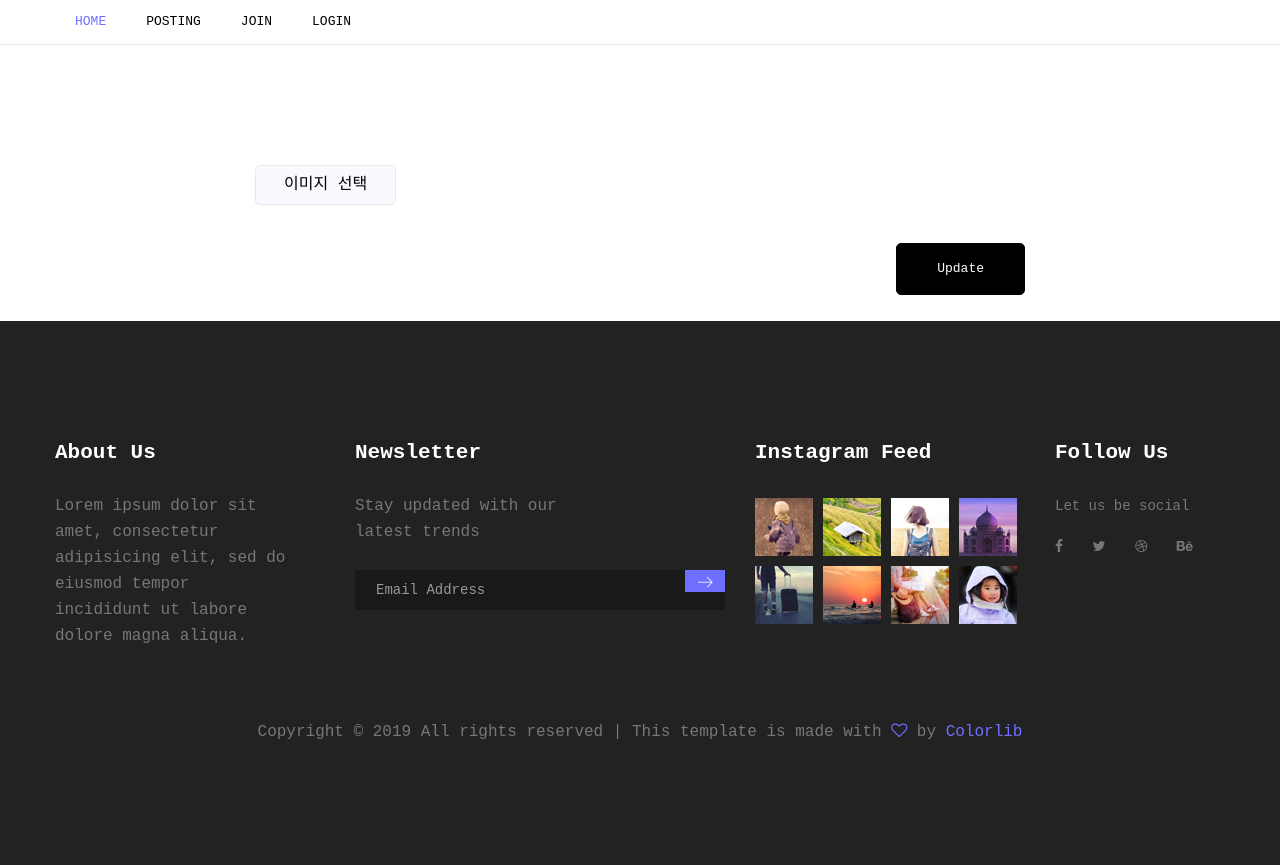
Repository: juneyj114/jspblog
Page: http://localhost/blog/user/userProfileForm.jsp
These files come from the project's save history. The page is drawn as it stood at one moment and after the next save; the edit follows.
The browser window is 1280 px wide. The pictures show the whole page.
Some web fonts or font styles are not loaded; a fallback is used. The page is served by Tomcat 9. Other server files are loaded and not shown.

Above is the page before, as saved 2019-11-13 06:06:13.

### blog/WebContent/user/userProfileForm.jsp
<%@ page language="java" contentType="text/html; charset=UTF-8" pageEncoding="UTF-8"%>
<html>
<%@ include file="/include/nav.jsp"%>

<!--================Contact Area =================-->
<section class="contact_area">
	<div class="container">
		<div class="row">
			<div class="col-lg-2"></div>
			<div class="col-lg-8">
				<div id="imageContainer">
					<form class="row contact_form" action="/blog/user?cmd=profile" method="post" enctype="multipart/form-data">
						<input type="text" name="username" value="${sessionScope.user.username }" hidden />
						<div class="col-md-12">
							<div class="form-group">
								<label for="img__input" class="blog_btn" style="margin-top: 20px;">이미지 선택</label> <input type="file" id="img__input" class="form-control" name="userProfile" hidden readonly>
							</div>
						</div>
						<div class="col-md-12 text-right">
							<button type="submit" value="submit" class="btn submit_btn">Update</button>
						</div>
					</form>
				</div>
			</div>
			<div class="col-lg-2"></div>
		</div>
	</div>
</section>
<!--================Contact Area =================-->
<script>
      const imagePath = document.querySelector("#img__input");
      imagePath.addEventListener("change", event => {
        const f = event.target.files[0];
        const reader = new FileReader();
        reader.onload = e => {
          const {
            target: { result }
          } = e;
          console.log(result.length);
          const imageContainer = document.querySelector("#ImageContainer");
          const image = document.createElement("IMG");
          image.setAttribute("src", result);
          imageContainer.prepend(image);
        };
        reader.readAsDataURL(f);
      });
    </script>
<%@ include file="/include/footer.jsp"%>
</html>

### blog/WebContent/include/nav.jsp
<%@ page language="java" contentType="text/html; charset=UTF-8" pageEncoding="UTF-8"%>
<%@ taglib prefix="c" uri="http://java.sun.com/jsp/jstl/core"%>
<html>
<head>
<!-- Required meta tags -->
<meta charset="utf-8">
<meta name="viewport" content="width=device-width, initial-scale=1, shrink-to-fit=no">
<link rel="icon" href="/blog/img/favicon.png" type="image/png">
<title>Juney's Blog</title>
<!-- Bootstrap CSS -->
<link rel="stylesheet" href="/blog/css/bootstrap.css">
<link rel="stylesheet" href="/blog/vendors/linericon/style.css">
<link rel="stylesheet" href="/blog/css/font-awesome.min.css">
<link rel="stylesheet" href="/blog/vendors/owl-carousel/owl.carousel.min.css">
<link rel="stylesheet" href="/blog/vendors/lightbox/simpleLightbox.css">
<link rel="stylesheet" href="/blog/vendors/nice-select/css/nice-select.css">
<link rel="stylesheet" href="/blog/vendors/animate-css/animate.css">
<link rel="stylesheet" href="/blog/vendors/jquery-ui/jquery-ui.css">
<!-- main css -->
<link rel="stylesheet" href="/blog/css/style.css">
<link rel="stylesheet" href="/blog/css/responsive.css">

</head>

<body>
	<!--================Header Menu Area =================-->
	<header class="header_area">
		<div class="main_menu">
			<nav class="navbar navbar-expand-lg navbar-light">
				<div class="container box_1620">
					<!-- Brand and toggle get grouped for better mobile display -->
					<a class="navbar-brand logo_h" href="#"><img src="/blog/img/logo.png" alt=""></a>
					<button class="navbar-toggler" type="button" data-toggle="collapse" data-target="#navbarSupportedContent" aria-controls="navbarSupportedContent" aria-expanded="false"
						aria-label="Toggle navigation">
						<span class="icon-bar"></span> <span class="icon-bar"></span> <span class="icon-bar"></span>
					</button>
					<!-- Collect the nav links, forms, and other content for toggling -->
					<div class="collapse navbar-collapse offset" id="navbarSupportedContent">
						<ul class="nav navbar-nav menu_nav" id="mainUl">
							<li class="nav-item active"><a class="nav-link" href="/blog/index.jsp">Home</a></li>
							<li class="nav-item"><a class="nav-link" href="/blog/board/write.jsp">Posting</a></li>
							<%-- <li class="nav-item"><a class="nav-link" href="/blog/user/join.jsp">Join</a></li> --%>

							<%-- <c:choose>
								<c:when test="${empty sessionScope.username}">
									<li class="nav-item">
										<a class="nav-link" href="/blog/user/login.jsp">Login</a>
									</li>
								</c:when>
								<c:otherwise>
									<li class="nav-item">
										<a class="nav-link" href="/blog/user?cmd=logout">Logout</a>
									</li>
								</c:otherwise>
							</c:choose> --%>

						</ul>
						<ul class="nav navbar-nav navbar-right header_social ml-auto">
							<c:choose>
								<c:when test="${empty sessionScope.user}"></c:when>
								<c:otherwise>
								<a href="/blog/user/userProfileForm.jsp"><img src="${sessionScope.user.userProfile}" style="height: 40px; border-radius: 100%; width: 40px;" /></a>
								</c:otherwise>

							</c:choose>
						</ul>
					</div>
				</div>
			</nav>
			<script>
				const mainUl = document.querySelector("#mainUl");
				const id = "<c:out value='${sessionScope.user}'/>";
				const li1 = document.createElement("li");
				const a1 = document.createElement("a");
				const li2 = document.createElement("li");
				const a2 = document.createElement("a");
				console.log(id);
				if (id === null || id === "") {
					a1.innerText = "Join";
					a1.href = "/blog/user/join.jsp";
					a2.innerText = "Login";
					a2.href = "/blog/user/login.jsp";
				} else {
					a1.innerText = "Profile";
					a1.href = "/blog/user/update.jsp";
					a2.innerText = "Logout";
					a2.href = "/blog/user?cmd=logout";
				}
				a1.classList.add("nav-link");
				li1.classList.add("nav-item");
				li1.appendChild(a1);
				mainUl.appendChild(li1);
				a2.classList.add("nav-link");
				li2.classList.add("nav-item");
				li2.appendChild(a2);
				mainUl.appendChild(li2);
			</script>

		</div>
	</header>

</body>
</html>

### blog/WebContent/include/footer.jsp
<%@ page language="java" contentType="text/html; charset=UTF-8" pageEncoding="UTF-8"%>

<html>
<body>
<!--================ start footer Area  =================-->
	<footer class="footer-area p_120" style="margin-top:10px">
		<div class="container">
			<div class="row">
				<div class="col-lg-3  col-md-6 col-sm-6">
					<div class="single-footer-widget">
						<h6 class="footer_title">About Us</h6>
						<p>Lorem ipsum dolor sit amet, consectetur adipisicing elit, sed do eiusmod tempor incididunt ut labore dolore magna aliqua.</p>
					</div>
				</div>
				<div class="col-lg-4 col-md-6 col-sm-6">
					<div class="single-footer-widget">
						<h6 class="footer_title">Newsletter</h6>
						<p>Stay updated with our latest trends</p>
						<div id="mc_embed_signup">
							<form target="_blank" action="https://spondonit.us12.list-manage.com/subscribe/post?u=1462626880ade1ac87bd9c93a&amp;id=92a4423d01" method="get" class="subscribe_form relative">
								<div class="input-group d-flex flex-row">
									<input name="EMAIL" placeholder="Email Address" onfocus="this.placeholder = ''" onblur="this.placeholder = 'Email Address '" required="" type="email">
									<button class="btn sub-btn">
										<span class="lnr lnr-arrow-right"></span>
									</button>
								</div>
								<div class="mt-10 info"></div>
							</form>
						</div>
					</div>
				</div>
				<div class="col-lg-3 col-md-6 col-sm-6">
					<div class="single-footer-widget instafeed">
						<h6 class="footer_title">Instagram Feed</h6>
						<ul class="list instafeed d-flex flex-wrap">
							<li><img src="/blog/img/instagram/Image-01.jpg" alt=""></li>
							<li><img src="/blog/img/instagram/Image-02.jpg" alt=""></li>
							<li><img src="/blog/img/instagram/Image-03.jpg" alt=""></li>
							<li><img src="/blog/img/instagram/Image-04.jpg" alt=""></li>
							<li><img src="/blog/img/instagram/Image-05.jpg" alt=""></li>
							<li><img src="/blog/img/instagram/Image-06.jpg" alt=""></li>
							<li><img src="/blog/img/instagram/Image-07.jpg" alt=""></li>
							<li><img src="/blog/img/instagram/Image-08.jpg" alt=""></li>
						</ul>
					</div>
				</div>
				<div class="col-lg-2 col-md-6 col-sm-6">
					<div class="single-footer-widget f_social_wd">
						<h6 class="footer_title">Follow Us</h6>
						<p>Let us be social</p>
						<div class="f_social">
							<a href="#"><i class="fa fa-facebook"></i></a> <a href="#"><i class="fa fa-twitter"></i></a> <a href="#"><i class="fa fa-dribbble"></i></a> <a href="#"><i class="fa fa-behance"></i></a>
						</div>
					</div>
				</div>
			</div>
			<div class="row footer-bottom d-flex justify-content-between align-items-center">
				<p class="col-lg-12 footer-text text-center">
					<!-- Link back to Colorlib can't be removed. Template is licensed under CC BY 3.0. -->
					Copyright &copy;
					<script>
						document.write(new Date().getFullYear());
					</script>
					All rights reserved | This template is made with <i class="fa fa-heart-o" aria-hidden="true"></i> by <a href="https://colorlib.com" target="_blank">Colorlib</a>
					<!-- Link back to Colorlib can't be removed. Template is licensed under CC BY 3.0. -->
				</p>
			</div>
		</div>
	</footer>

<!--================ End footer Area  =================-->

<!-- Optional JavaScript -->
<!-- jQuery first, then Popper.js, then Bootstrap JS -->
<script src="/blog/js/jquery-3.2.1.min.js"></script>
<script src="/blog/js/popper.js"></script>
<script src="/blog/js/bootstrap.min.js"></script>
<script src="/blog/js/stellar.js"></script>
<script src="/blog/vendors/lightbox/simpleLightbox.min.js"></script>
<script src="/blog/vendors/nice-select/js/jquery.nice-select.min.js"></script>
<script src="/blog/vendors/isotope/imagesloaded.pkgd.min.js"></script>
<script src="/blog/vendors/isotope/isotope-min.js"></script>
<script src="/blog/vendors/owl-carousel/owl.carousel.min.js"></script>
<script src="/blog/vendors/jquery-ui/jquery-ui.js"></script>
<script src="/blog/js/jquery.ajaxchimp.min.js"></script>
<script src="/blog/js/mail-script.js"></script>
<script src="/blog/js/theme.js"></script>
</body>
</html>

### blog/WebContent/css/responsive.css
@media (max-width:1619px){
	/* Main Menu Area css
	============================================================================================ */
   .header_area .navbar .search {
		margin-left: 40px;
	}
	/* End Main Menu Area css
	============================================================================================ */
	.home_banner_area .blog_text_slider .owl-prev, .home_banner_area .blog_text_slider .owl-next {
		right: 0px;
		font-size: 30px;
	}
}
@media (max-width:1199px){
	/* Main Menu Area css
	============================================================================================ */
	.header_area + section, .header_area + div {
		margin-top: 143px;
	}
	.top_menu .container{
		display: block;
	}
	/* End Main Menu Area css
	============================================================================================ */
	/* Home Banner Area css
	============================================================================================ */
	.home_banner_area {
		min-height: 700px;
	}
	/* End Home Banner Area css
	============================================================================================ */
	.home_banner_area {
		background-size: cover;
	}
	.blog_text {
		padding: 65px 65px 65px 65px;
	}
	.banner_area {
		background-size: cover;
	}
	.blog_style1 .blog_text {
		padding-left: 15px;
		padding-right: 15px;
		padding-top: 0px;
		padding-bottom: 0px;
	}
}

@media (max-width:991px){
	/* Main Menu Area css
	============================================================================================ */
	.logo_part {
		display: none;
	}
    .navbar-toggler {
        border: none;
        border-radius: 0px;
        padding: 0px;
        cursor: pointer;
        margin-top: 27px;
        margin-bottom: 23px;
		float: right;
    }
	.header_area .navbar {
		background: #fff;
	}
    .navbar-toggler[aria-expanded="false"] span:nth-child(2) {
		opacity: 1;
	}
	.navbar-toggler[aria-expanded="true"] span:nth-child(2) {
		opacity: 0;
	}
	.navbar-toggler[aria-expanded="true"] span:first-child {
		transform: rotate(-45deg);
		position: relative;
		top: 7.5px;
	}
	.navbar-toggler[aria-expanded="true"] span:last-child {
		transform: rotate(45deg);
		bottom: 6px;
		position: relative;
	}
	.navbar-toggler span{
		display: block;
		width: 25px;
		height: 3px;
		background: #000;
		margin: auto;
		margin-bottom: 4px;
		transition: all 400ms linear;
		cursor: pointer;
	}
    .navbar .container{
        padding-left: 15px;
        padding-right: 15px;
    }
    .nav{
        padding: 0px 0px;
    }
	.header_area + section, .header_area + row, .header_area + div {
		margin-top: 117px;
	}
    .header_top .nav{
        padding: 0px;
    }
    .header_area .navbar .nav .nav-item .nav-link{
        line-height: 40px;
        margin-right: 0px;
        display: block;
		border-bottom: 1px solid #ededed33;
		border-radius: 0px;
    }
    .header_area .navbar .search{
        margin-left: 0px;
    }
	.header_area .navbar-collapse{
		max-height: 340px;
		overflow-y: scroll;
	}
	.header_area .navbar .nav .nav-item.submenu ul .nav-item .nav-link {
		padding: 0px 15px;
	}
	.header_area .navbar .nav .nav-item {
		margin-right: 0px;
	}
	.header_area + section, .header_area + row, .header_area + div {
		margin-top: 71px;
	}
	.main_menu .navbar .container_inner {
		display: block;
	}
	.main_menu .navbar .navbar-brand {
		display: inline-block;
		padding-top: 11px;
		width: 173px;
	}
	.main_menu .navbar .navbar-brand img {
		width: 100%;
	}
	/* End Main Menu Area css
	============================================================================================ */

	/* Contact Page Area css
	============================================================================================ */
	.contact_info{
		margin-bottom: 50px;
	}
	/* End Contact page Area css
	============================================================================================ */
	.home_banner_area .donation_inner{
		margin-bottom: -30px;
	}
	.single-footer-widget{
		margin-bottom: 30px;
	}
	.footer-area .row{
		margin-bottom: -30px;
	}
	/* Footer Area css
	============================================================================================ */
	/* End End Footer Area css
	============================================================================================ */
	.home_banner_area {
		background-size: cover;
		margin-bottom: 0px;
	}
	/* Extra header Area css
	============================================================================================ */
	/* End Extra header Area css
	============================================================================================ */

	.nav.navbar-nav.navbar-right.header_social{
		display: none;
	}

}
@media (max-width:767px){
	.home_banner_area {
		min-height: 500px;
	}
	.home_banner_area .banner_inner {
		min-height: 500px;
	}
	.home_banner_area .banner_inner .banner_content {
		margin-top: 0px;
	}
	/* Blog Page Area css
	============================================================================================ */
    .blog_banner .banner_inner .blog_b_text h2 {
		font-size: 40px;
		line-height: 50px;
	}
	.blog_info.text-right{
		text-align: left !important;
		margin-bottom: 10px;
	}
	/* End Blog Page Area css
	============================================================================================ */
	.home_banner_area .banner_inner .banner_content h3 {
		font-size: 30px;
	}
	.home_banner_area .banner_inner .banner_content p br {
		display: none;
	}
	/* Footer Area css
	============================================================================================ */
	.footer-bottom .footer-text{
		text-align: center;
	}
	.footer-bottom .footer-social {
		text-align: center;
		margin-bottom: 20px;
	}
	/* End End Footer Area css
	============================================================================================ */
	.blog_style1.small .blog_img img{
		width: 100%;
	}
}
@media (max-width:575px){

	.header_area + section, .header_area + row, .header_area + div {
		margin-top: 71px;
	}
	.top_menu {
		display: none;
	}

    /* Home Banner Area css
	============================================================================================ */
	.home_banner_area .banner_inner .banner_content h2 {
		font-size: 28px;
	}
	.home_banner_area {
		min-height: 500px;
	}
	.home_banner_area .banner_inner {
		min-height: 500px;
	}
	.blog_banner .banner_inner .blog_b_text {
		margin-top: 0px;
	}
	.home_banner_area .banner_inner .banner_content img{
		display: none;
	}
	.home_banner_area .banner_inner .banner_content h5 {
		margin-top: 0px;
	}
	.home_banner_area .banner_inner .banner_content .date a {
		margin-right: 8px;
	}
	/* End Home Banner Area css
	============================================================================================ */
	.p_120 {
		padding-top: 70px;
		padding-bottom: 70px;
	}
	.main_title h2 {
		font-size: 25px;
	}
	/* Elements Area css
	============================================================================================ */
	.sample-text-area {
		padding: 70px 0 70px 0;
	}
	/* End Elements Area css
	============================================================================================ */

	/* Blog Page Area css
	============================================================================================ */
	.blog_details h2 {
		font-size: 20px;
		line-height: 30px;
	}
	.blog_banner .banner_inner .blog_b_text h2 {
		font-size: 28px;
		line-height: 38px;
	}
	.banner_area .banner_inner .banner_content {
		margin-top: 0px;
	}
	/* End Blog Page Area css
	============================================================================================ */
	/* Footer Area css
	============================================================================================ */
	/* End End Footer Area css
	============================================================================================ */
	.pad_top {
		padding-top: 70px;
	}
	.mt-100 {
		margin-top: 50px;
	}
	.single-footer-widget p {
		max-width: 100%;
	}
	.p_100 {
		padding-top: 70px;
		padding-bottom: 70px;
	}
	.blog_style1 .blog_text .blog_text_inner {
		margin-top: 0px;
	}
	.blog_style1 .blog_text {
		padding-left: 0px;
		padding-right: 0px;
		padding-top: 0px;
		padding-bottom: 0px;
	}
	.blog_text .cat a {
		margin-right: 5px;
	}
	.blog_text .cat .cat_btn {
		display: block;
		width: 86px;
		margin-bottom: 10px;
	}
}

@media (max-width:480px){
	/* Main Menu Area css
	============================================================================================ */
	.header_area .navbar-collapse{
		max-height: 250px;
	}
	/* End Main Menu Area css
	============================================================================================ */

	/* Home Banner Area css
	============================================================================================ */
    .home_banner_area .banner_inner .banner_content {
		padding: 30px 15px;
		margin-top: 0px;
	}
	.banner_content .white_btn {
		display: block;
	}
	.home_banner_area .banner_inner .banner_content h3 {
		font-size: 24px;
	}
	.home_banner_area .carousel .carousel-indicators {
		bottom: -50px;
		z-index: 20;
	}
	/* End Home Banner Area css
	============================================================================================ */
	.banner_area .banner_inner .banner_content h2 {
		font-size: 32px;
	}
	/* Blog Page Area css
	============================================================================================ */
	.comments-area .thumb {
		margin-right: 10px;
	}

	/* End Blog Page Area css
	============================================================================================ */
	.home_banner_area .blog_text_slider .owl-prev {
		top: auto;
		bottom: 110px;
		transform: translateY(-0%);
		left: 10px;
	}
	.home_banner_area .blog_text_slider .owl-next {
		top: auto;
		bottom: 110px;
		right: 10px;
		transform: translateY(-0%);
	}
	.blog_text {
		padding: 60px 20px;
	}
}

Loaded but not shown: blog/WebContent/css/bootstrap.css (library); blog/WebContent/vendors/linericon/style.css (library); blog/WebContent/css/font-awesome.min.css (library); blog/WebContent/vendors/owl-carousel/owl.carousel.min.css (common file); blog/WebContent/vendors/lightbox/simpleLightbox.css (library); blog/WebContent/vendors/nice-select/css/nice-select.css (library); blog/WebContent/vendors/animate-css/animate.css (library); blog/WebContent/vendors/jquery-ui/jquery-ui.css (library); blog/WebContent/js/jquery-3.2.1.min.js (library); blog/WebContent/js/popper.js (library); blog/WebContent/js/bootstrap.min.js (library); blog/WebContent/js/stellar.js (library); blog/WebContent/vendors/lightbox/simpleLightbox.min.js (library); blog/WebContent/vendors/nice-select/js/jquery.nice-select.min.js (common file); blog/WebContent/vendors/isotope/imagesloaded.pkgd.min.js (library); blog/WebContent/vendors/isotope/isotope-min.js (library); blog/WebContent/vendors/owl-carousel/owl.carousel.min.js (library); blog/WebContent/vendors/jquery-ui/jquery-ui.js (library); blog/WebContent/js/jquery.ajaxchimp.min.js (library); blog/WebContent/js/theme.js (283 lines, source omitted); blog/WebContent/js/mail-script.js (31 lines, source omitted); blog/WebContent/css/style.css (3904 lines, source omitted)

After the next save:
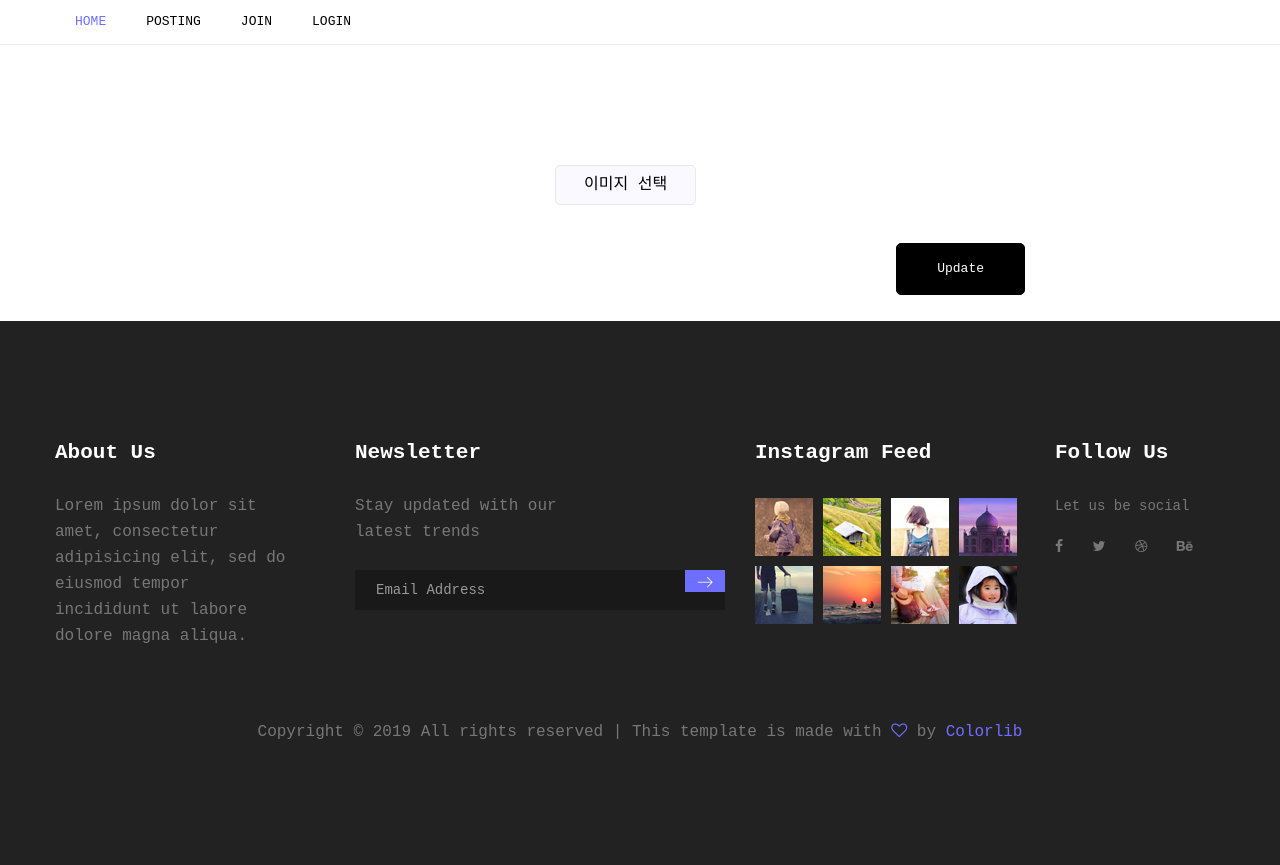
Saved 102 s later.
--- a/blog/WebContent/user/userProfileForm.jsp
+++ b/blog/WebContent/user/userProfileForm.jsp
@@ -8,7 +8,7 @@
 		<div class="row">
 			<div class="col-lg-2"></div>
 			<div class="col-lg-8">
-				<div id="imageContainer">
+				<div id="imageContainer" style="margin-left:300px;">
 					<form class="row contact_form" action="/blog/user?cmd=profile" method="post" enctype="multipart/form-data">
 						<input type="text" name="username" value="${sessionScope.user.username }" hidden />
 						<div class="col-md-12">
